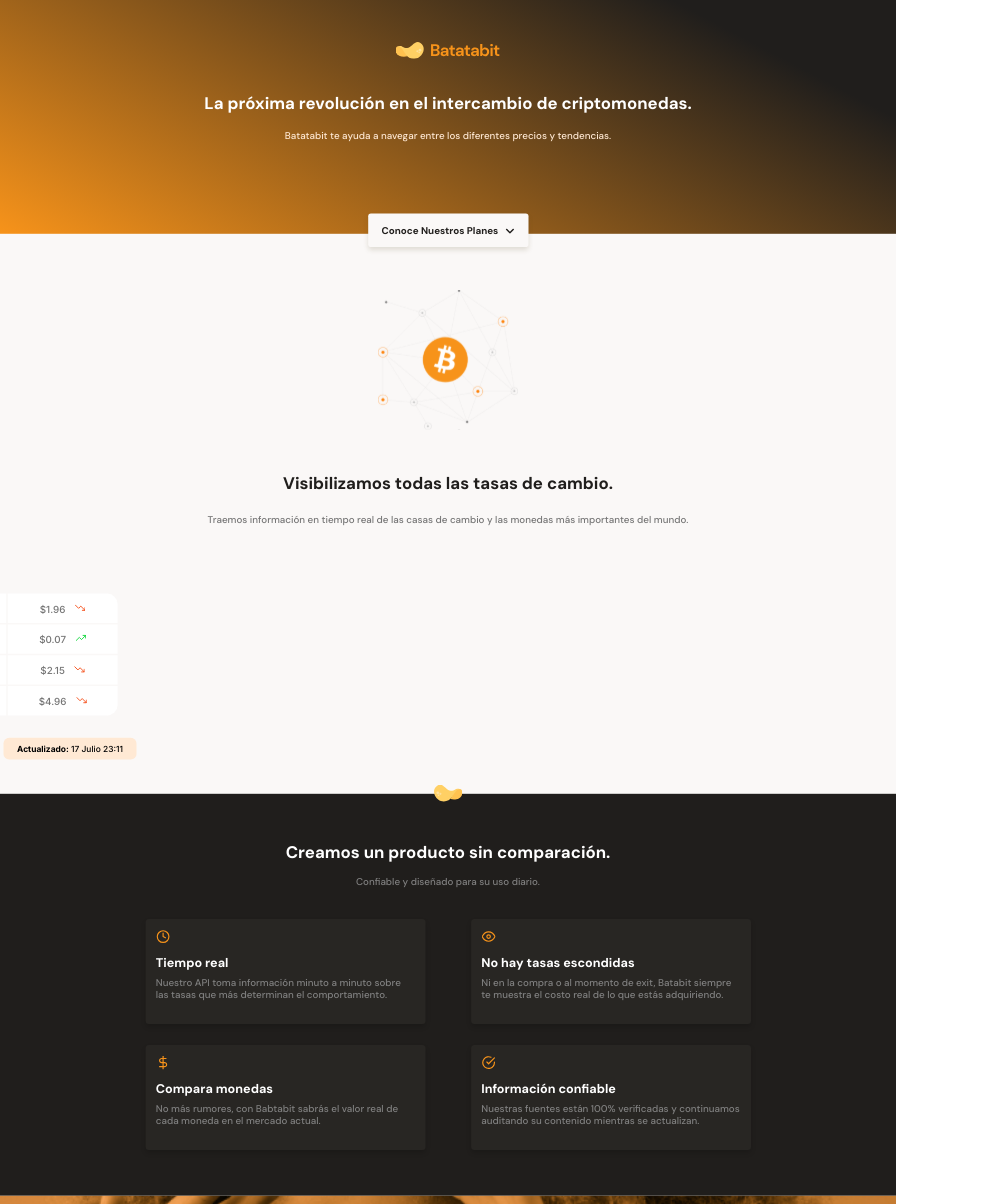
Repository: Pandrea-hub/Batatabit
Page: index.html
These files come from the project's save history. The page is drawn as it stood at one moment and after the next save; the edit follows.
The browser window is 1280 px wide. The page is 1280 px wide, then 1430 px, so the pictures cover 1430 px, including what lies to the right of the window. The pictures show the part of the page from y = 0 to 1720 px (the page is 2778 px tall), at 70% of full size.

Above is the page before, as saved 2022-04-20 21:39:05.

After the next save:
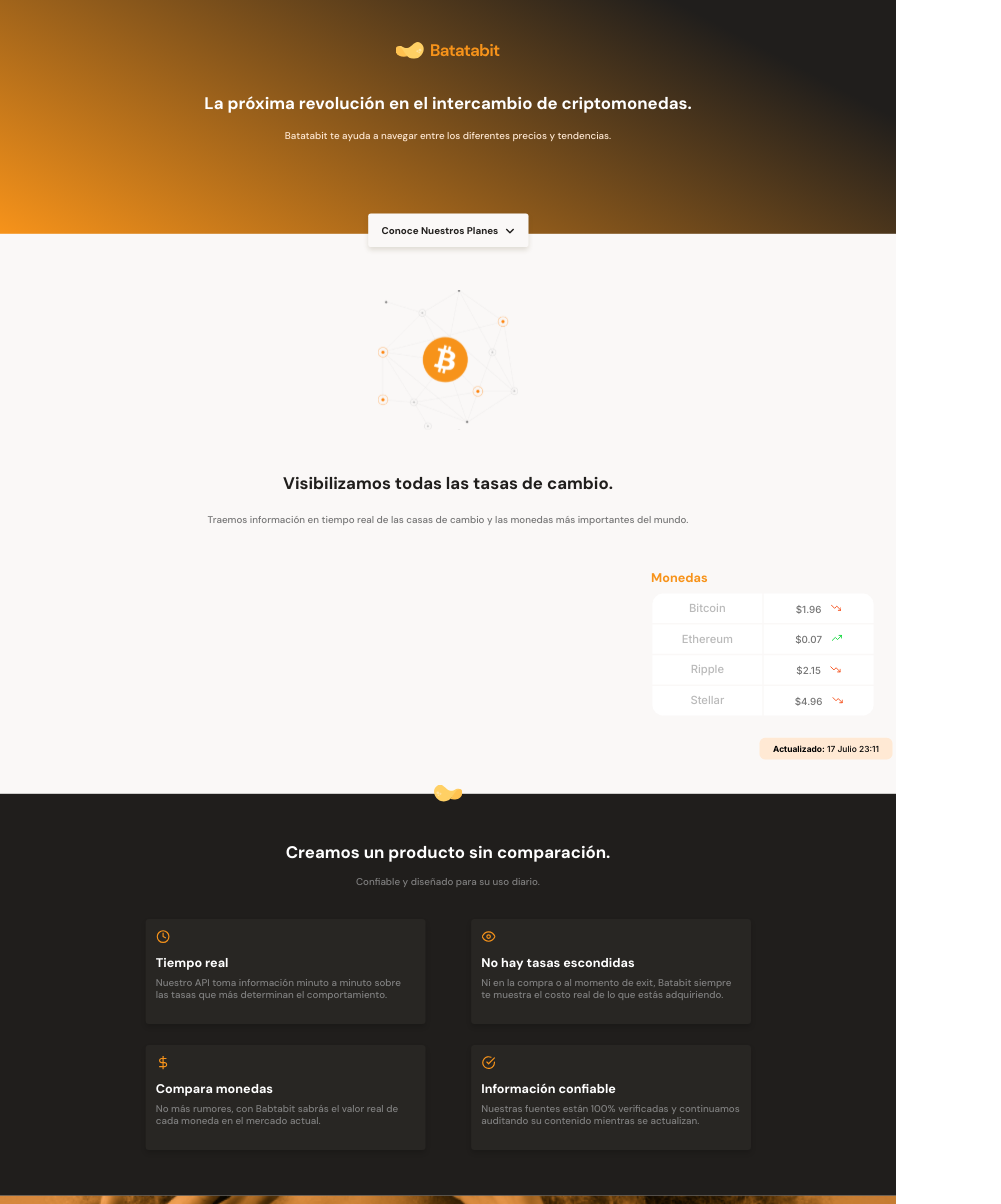
Saved 9 s later.
--- a/css/tablet.css
+++ b/css/tablet.css
@@ -4,7 +4,7 @@
     display: grid;
     grid-template-columns: 10% 40% 10% 40%;
     gap: 10rem;
-    right: calc(50% - 100px);
+    left: calc(50% - 100px);
 }
 
 .currency-table--date{
